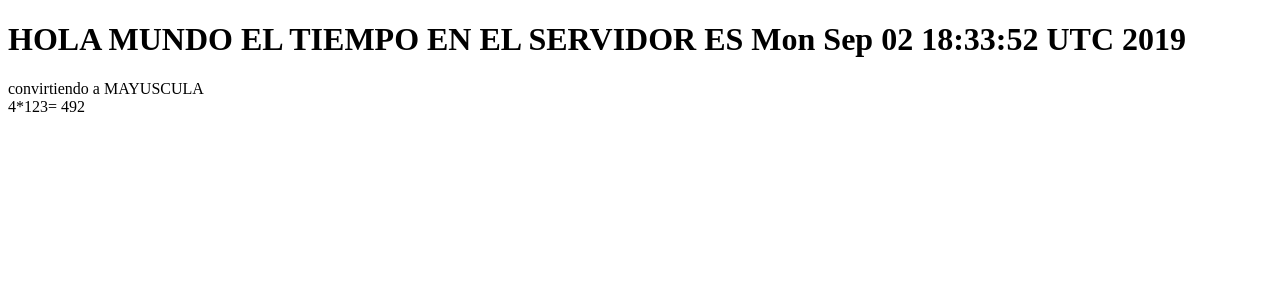
Repository: natyam/jsp-y-servlets
Page: http://localhost/clase1/holamundo.jsp
These files come from the project's save history. The page is drawn as it stood at one moment and after the next save; the edit follows.
The browser window is 1280 px wide. The pictures show the whole page.
The page is served by Tomcat 9.

Above is the page before, as saved 2019-09-02 18:56:26.

After the next save:
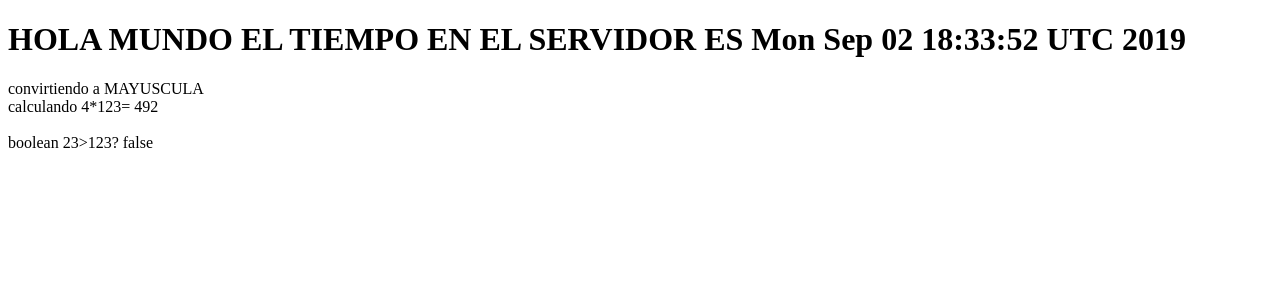
Saved 118 s later.
--- a/clase1/WebContent/holamundo.jsp
+++ b/clase1/WebContent/holamundo.jsp
@@ -11,6 +11,10 @@
 <h1> HOLA MUNDO EL TIEMPO EN EL SERVIDOR ES <%= new java.util.Date() %></h1>
 convirtiendo a <%= new String("mayuscula").toUpperCase() %>
 <br>
+calculando
 4*123= <%= 4*123 %>
+<br>
+<br>
+boolean 23>123? <%= 23>123 %>
 </body>
 </html>
